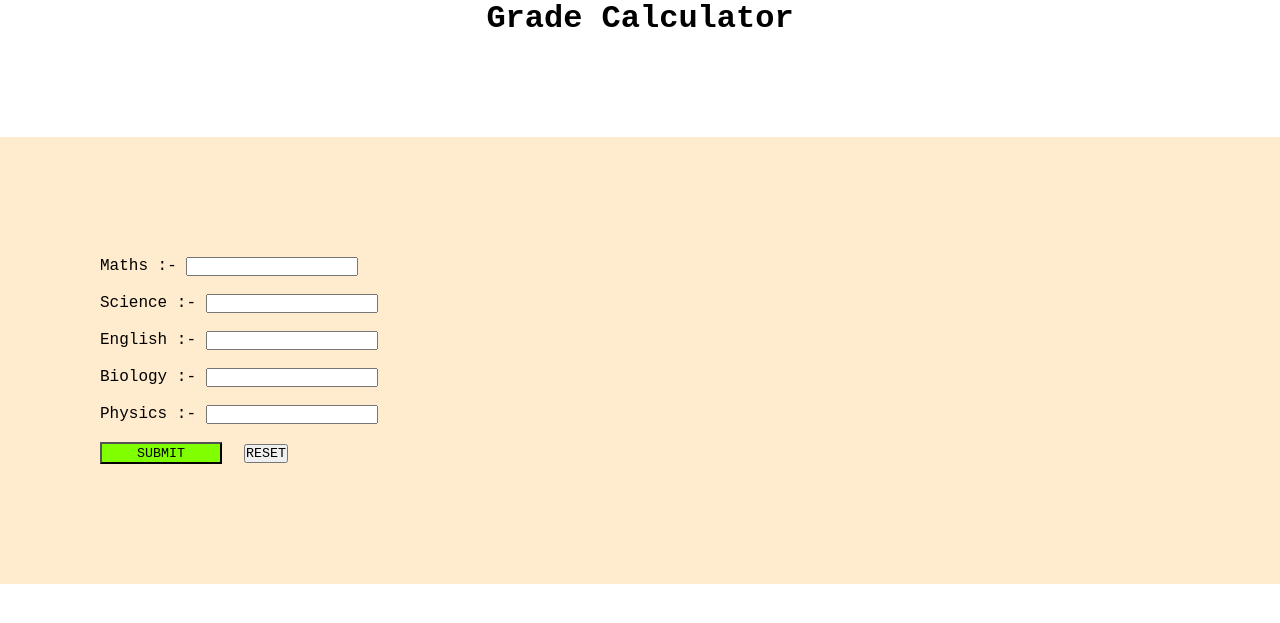
Repository: neelpatel6262/task-manager
Page: index.html
These files come from the project's save history. The page is drawn as it stood at one moment and after the next save; the edit follows.
The browser window is 1280 px wide. The pictures show the whole page.
Some web fonts or font styles are not loaded; a fallback is used.

Above is the page before, as saved 2025-07-17 16:01:04.

### index.html
<!DOCTYPE html>
<html lang="en">

<head>
  <meta charset="UTF-8">
  <meta name="viewport" content="width=device-width, initial-scale=1.0">
  <title>Javascript</title>
  <link rel="stylesheet" href="style.css">
  <script src="script.js"></script>
  <link rel="stylesheet" href="https://unicons.iconscout.com/release/v4.0.8/css/line.css">
  <link rel="preconnect" href="https://fonts.googleapis.com">
  <link rel="preconnect" href="https://fonts.gstatic.com" crossorigin>
  <link
    href="https://fonts.googleapis.com/css2?family=Asap:ital,wght@0,100..900;1,100..900&family=BioRhyme:wght@200..800&family=Bricolage+Grotesque:opsz,wght@12..96,200..800&family=DM+Sans:ital,opsz,wght@0,9..40,100..1000;1,9..40,100..1000&family=Inter:ital,opsz,wght@0,14..32,100..900;1,14..32,100..900&family=Italiana&family=Lora:ital,wght@0,400..700;1,400..700&family=Merriweather:ital,wght@0,300;0,400;0,700;0,900;1,300;1,400;1,700;1,900&family=Montserrat:ital,wght@0,100..900;1,100..900&family=Noto+Sans+Indic+Siyaq+Numbers&family=Noto+Sans+Old+Italic&family=Nunito:ital,wght@0,200..1000;1,200..1000&family=Pathway+Extreme:ital,opsz,wght@0,8..144,100..900;1,8..144,100..900&family=Poppins:ital,wght@0,100;0,200;0,300;0,400;0,500;0,600;0,700;0,800;0,900;1,100;1,200;1,300;1,400;1,500;1,600;1,700;1,800;1,900&family=Raleway:ital,wght@0,100..900;1,100..900&family=Space+Grotesk:wght@300..700&family=Spectral:ital,wght@0,200;0,300;0,400;0,500;0,600;0,700;0,800;1,200;1,300;1,400;1,500;1,600;1,700;1,800&family=Unbounded:wght@200..900&family=Work+Sans:ital,wght@0,100..900;1,100..900&family=Zilla+Slab:ital,wght@0,300;0,400;0,500;0,600;0,700;1,300;1,400;1,500;1,600;1,700&display=swap"
    rel="stylesheet">

</head>

<body>

  <h1>Grade Calculator</h1>

  <form action="" method="get">
<div class="form">
  <label for="">Maths :-</label>
  <input type="number" name="" id="" maxlength="100" required>
  <br>
  <br>
  <label for="">Science :-</label>
  <input type="number" name="" id="" maxlength="100" required>
  <br>
  <br>
  <label for="">English :-</label>
  <input type="number" name="" id="" maxlength="100" required>
  <br>
  <br>
  <label for="">Biology :-</label>
  <input type="number" name="" id="" maxlength="100" required>
  <br>
  <br>
  <label for="">Physics :-</label>
  <input type="number" name="" id="" maxlength="100" required>
  <br>
  <br>

      <div class="cta">
        <button type="submit" class="primary">SUBMIT</button>
        <button type="reset" class="secondary">RESET</button>
      </div>

</div>
  </form>

</body>

</html>

### style.css
*{
  margin: 0;
  padding: 0;
  box-sizing: border-box;
 font-family: "DM Mono", monospace;
 /* background-color:oklch(0.869 0.022 252.894); */
}

h1{
  align-items: center;
  text-align: center;
  margin-bottom: 100px;
}

.form{
  background-color: blanchedalmond;
  padding: 120px 100px;
}

.cta{
   background-color: blanchedalmond;
   display: flex;
   align-items: center;
}

.primary{
  background-color: chartreuse;
  width: 122px;
  height: 22px;
margin-right: 22px;
}

Loaded but not shown: script.js (no stored copy; drawn as an empty file)

After the next save:
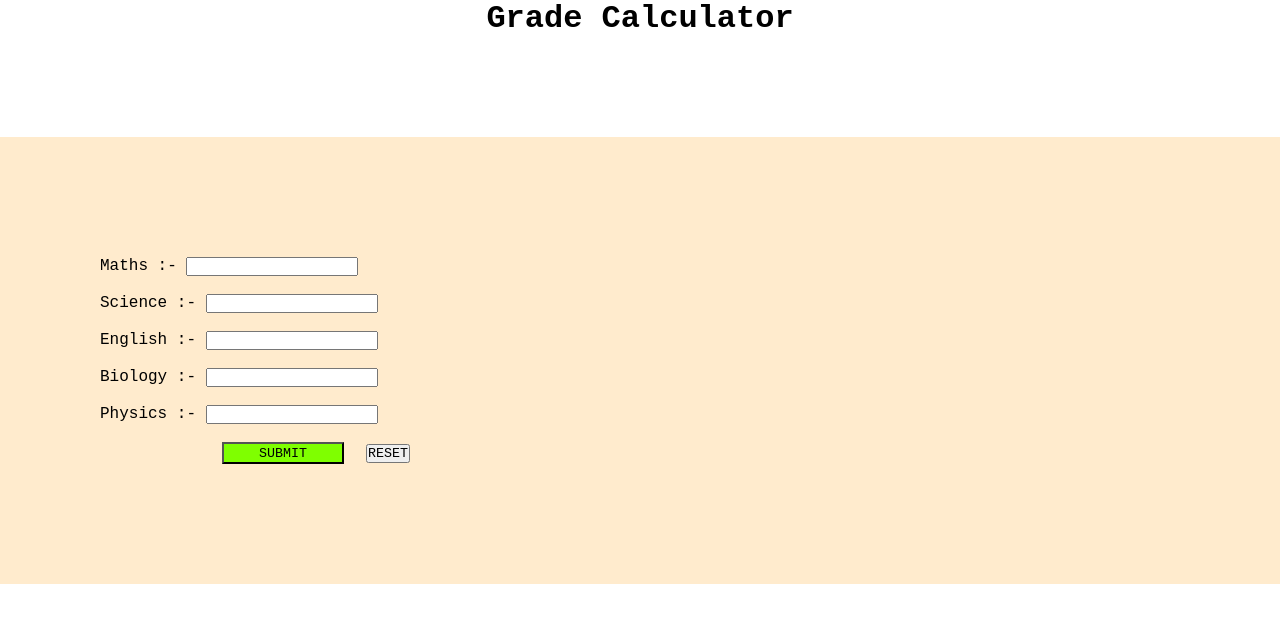
Saved 13 s later.
--- a/style.css
+++ b/style.css
@@ -27,5 +27,6 @@
   background-color: chartreuse;
   width: 122px;
   height: 22px;
+  margin-left: 122px;
 margin-right: 22px;
 }
